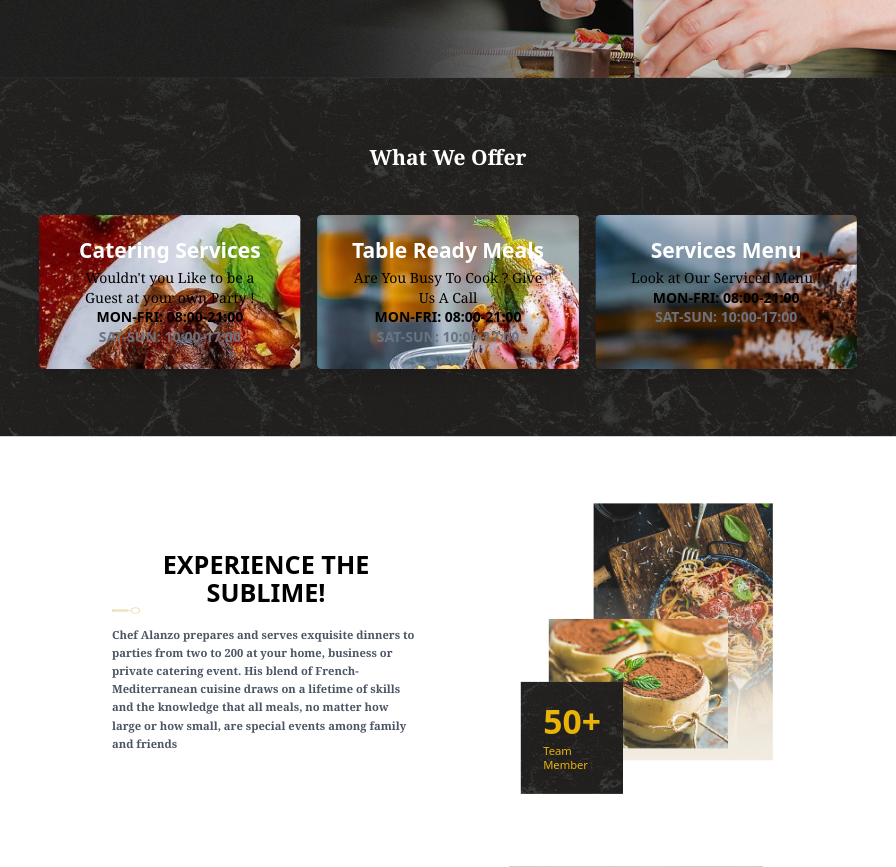
Repository: remydev47/alanzo
Page: /
These files come from the project's save history. The page is drawn as it stood at one moment and after the next save; the edit follows.
The browser window is 1280 px wide. The pictures show the part of the page from y = 693 to 2613 px (the page is 1931 px tall before and 2613 px after), at 70% of full size.
The project was rebuilt for these pictures with package versions that can differ from the ones it lists, and the page was loaded fresh each time. The framework's server and built-in components were replaced by stand-ins that run in the browser. Also part of the build but not shown: next.config.js, components/Catering.tsx, components/Menu.tsx, components/Testimonials.tsx, components/CTA.tsx, components/Footer.tsx.

Above is the page before, as saved 2022-12-17 12:41:57.

After the next save:
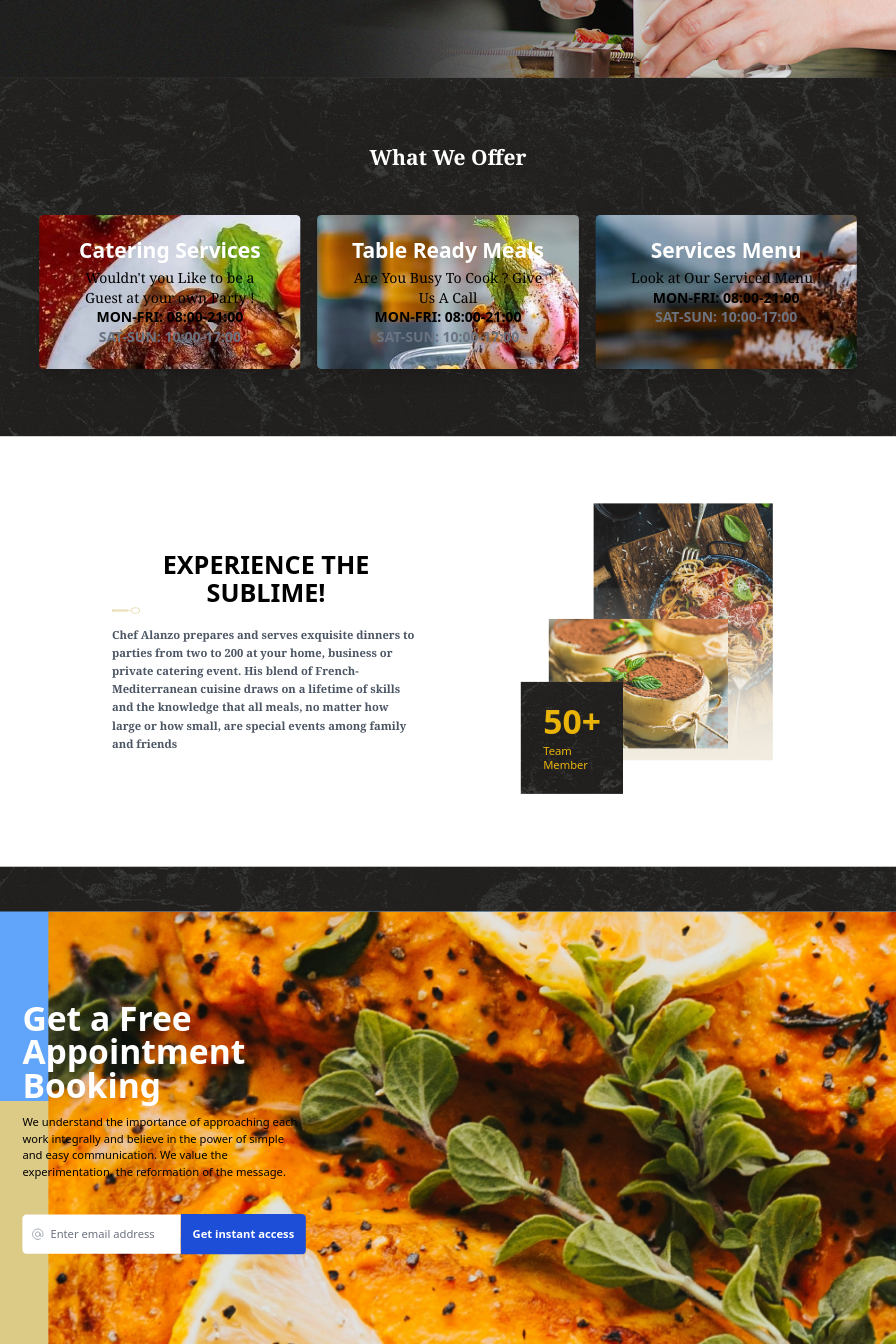
Saved 15 s later.
--- a/pages/index.tsx
+++ b/pages/index.tsx
@@ -1,7 +1,7 @@
 import type { NextPage } from 'next'
 import Head from 'next/head'
 import Image from 'next/image'
-import { Aboutus, Hero, Services } from '../components'
+import { Aboutus, Consulting, Hero, Services } from '../components'
 import Navbar from '../components/Navbar'
 
 
@@ -16,6 +16,7 @@ const Home: NextPage = () => {
       <Hero />
       <Services />
       <Aboutus />
+      <Consulting />
 
     </div>
   )
